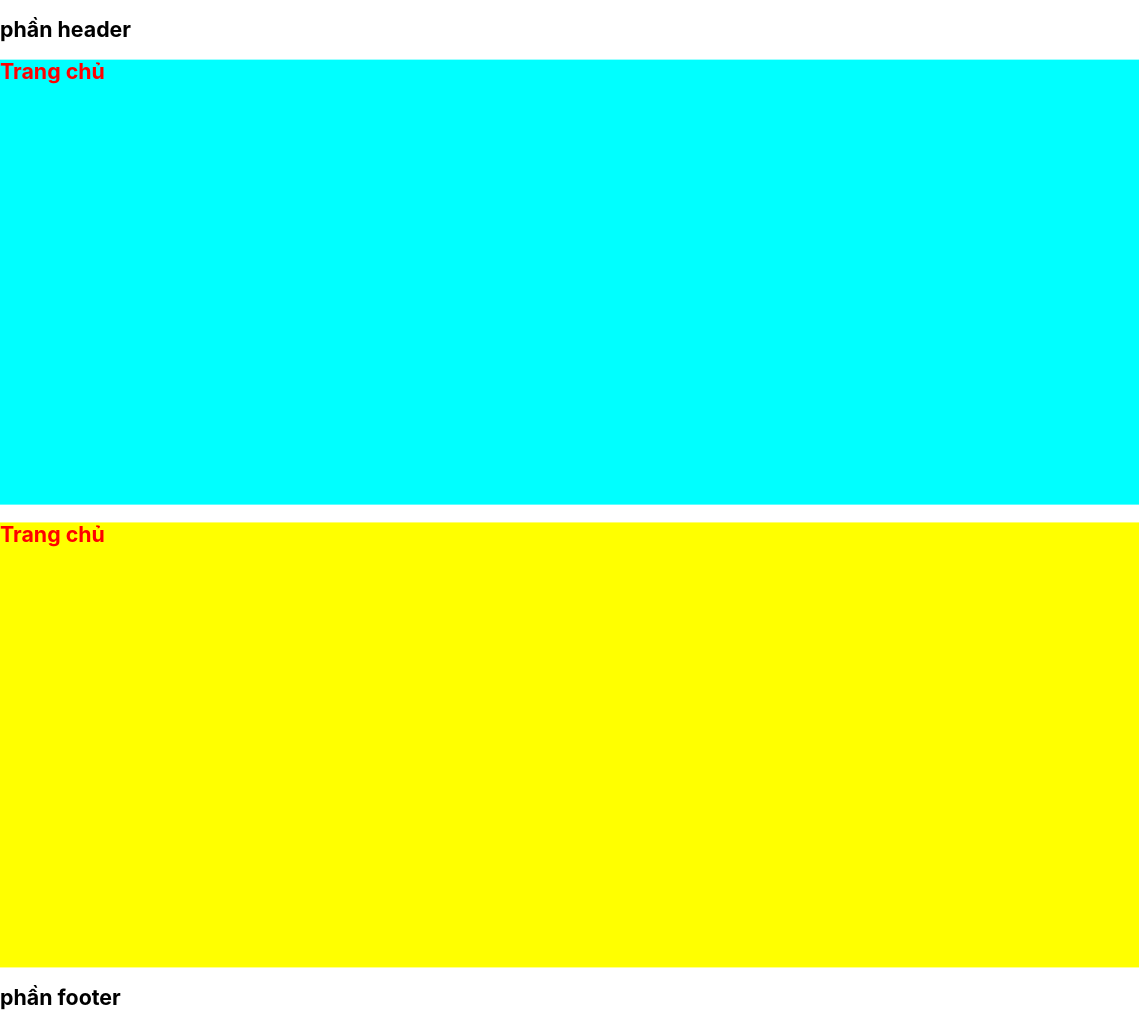
Repository: tatvanhco/shopper
Page: /
The author's editor kept a copy of each file at every save. The page is drawn from the files as they stood at one save, then again after the next save.
The browser window is 1280 px wide. The pictures show the whole page, at 89% of full size.
The project was rebuilt for these pictures with package versions that can differ from the ones it lists, and the page was loaded fresh each time.

Above is the page before, as saved 2022-09-23 17:11:32.

After the next save:
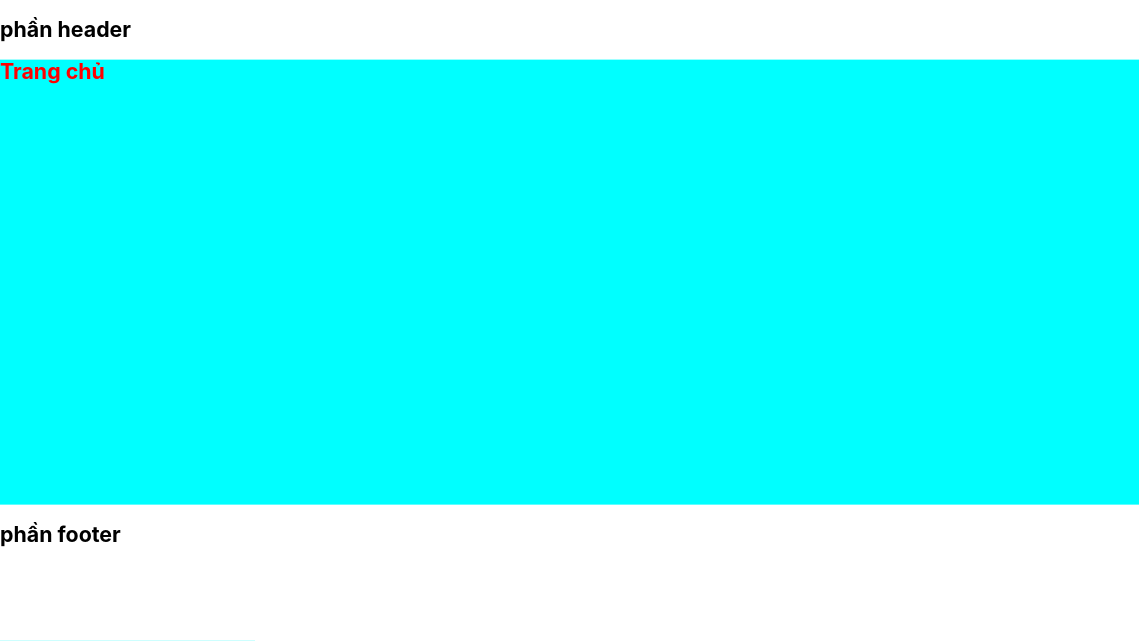
Saved 82 s later.
--- a/src/pages/home/home.tsx
+++ b/src/pages/home/home.tsx
@@ -5,7 +5,6 @@ function Home() {
     return (
         <>
             <h2 className={clsx(styles.heading)}>Trang chủ</h2>
-            <h2 className={clsx(styles.heading, styles.active)}>Trang chủ</h2>
         </>
     );
 }
